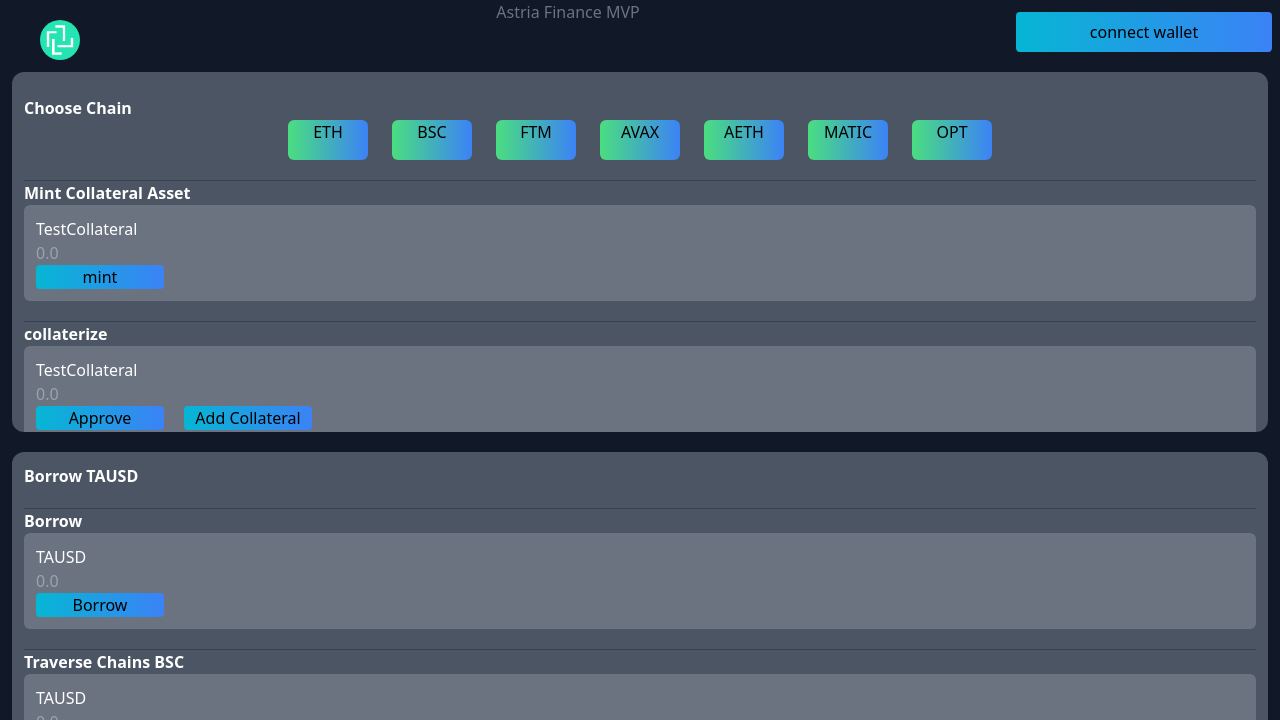
Repository: AstriaFinance/AstriaMvp
Page: /
These files come from the project's save history. The page is drawn as it stood at one moment and after the next save; the edit follows.
The browser window is 1280 px wide. The pictures show the whole page.
An inner scrolling area shows only its first screen. The project was rebuilt for these pictures with package versions that can differ from the ones it lists, and the page was loaded fresh each time. Also part of the build but not shown: src/components/Nav.jsx, src/components/ErrorPage.jsx.

Above is the page before, as saved 2022-07-04 12:09:42.

After the next save:
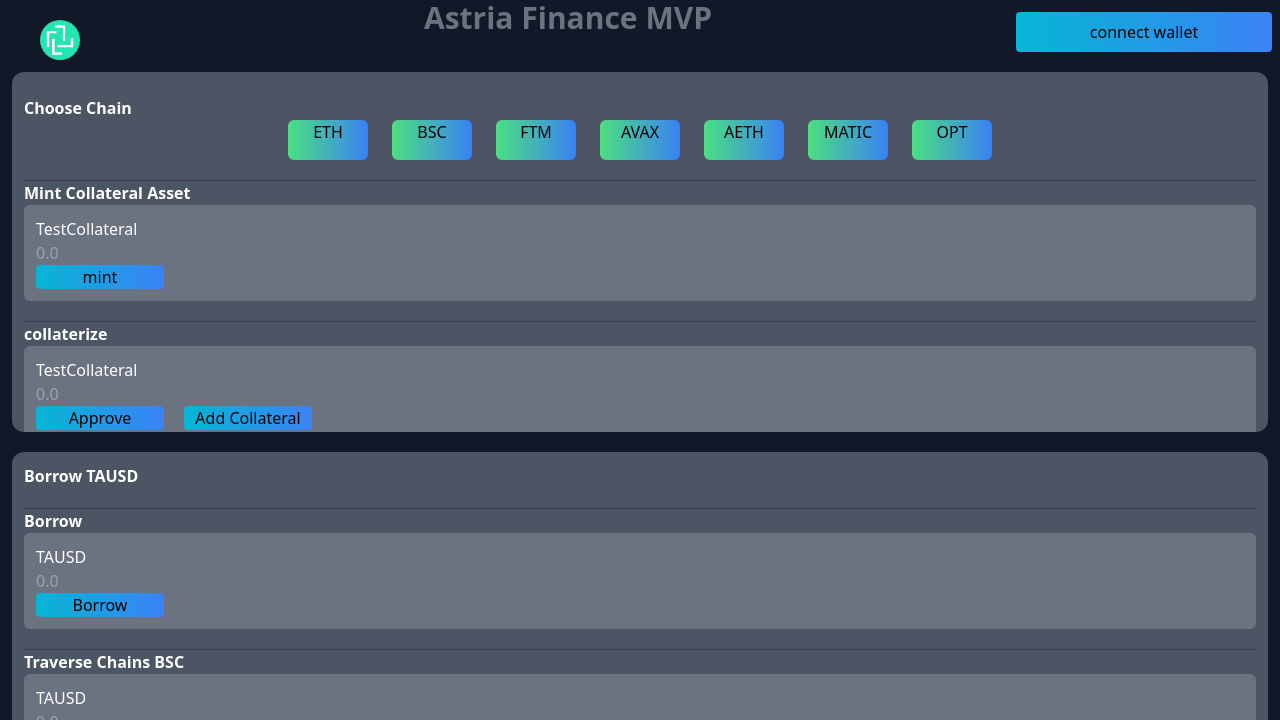
Saved 16 s later.
--- a/src/components/Home.jsx
+++ b/src/components/Home.jsx
@@ -167,7 +167,7 @@ const Home = () => {
     <div className="bg-gray-900 h-screen overflow-y-auto">
       <div className="flex justify-between">
         <img src={logo} alt="" className="h-10 mt-5 mx-10 rounded-full" />
-        <h1 className="text-gray-500">Astria Finance MVP</h1>
+        <h1 className="text-gray-500 text-3xl font-bold">Astria Finance MVP</h1>
         <button
           onClick={connectWalletHandler}
           className="bg-gradient-to-r from-cyan-500 to-blue-500 rounded w-64 h-10 mt-3 mr-2"
